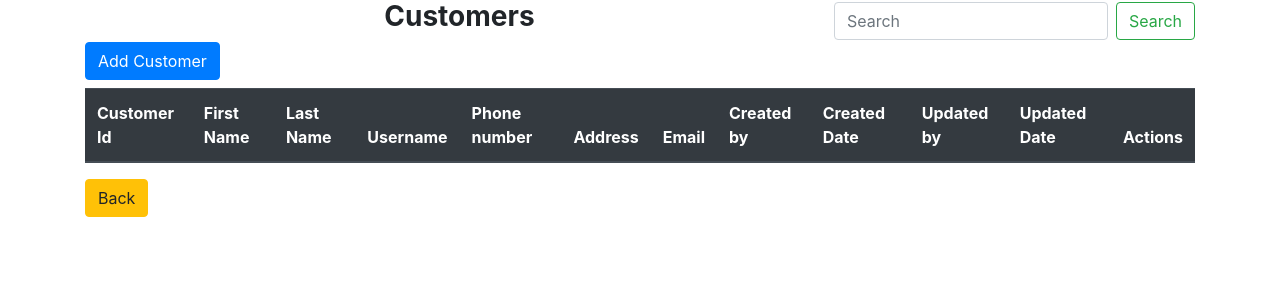
Repository: messimacky/Movie-Rental-System-Front-End
Page: /customers
These files come from the project's save history. The page is drawn as it stood at one moment and after the next save; the edit follows.
The browser window is 1280 px wide. The pictures show the whole page.
The page's requests for data from a server got no answer. The project was rebuilt for these pictures with package versions that can differ from the ones it lists, and the page was loaded fresh each time. No one was signed in, and anything a server would have sent is missing. Also part of the build but not shown: src/services/movie.service.js, src/components/AddMovie.js, src/components/MoviesList.js, src/components/NotFound.js, src/components/login/Login.js, src/components/AddCustomer.js, src/services/rental.service.js, src/components/RentalsList.js and 5 more.

Above is the page before, as saved 2022-05-04 23:41:53.

### src/index.js
import { Auth0Provider } from '@auth0/auth0-react';
import React from 'react';
import ReactDOM from 'react-dom';
import App from './App';
const domain = process.env.REACT_APP_AUTH0_DOMAIN;
const clientId = process.env.REACT_APP_AUTH0_CLIENT_ID;

ReactDOM.render(
  <Auth0Provider
    domain={domain}
    clientId={clientId}
    redirectUri={window.location.origin}
  >
    <App />
  </Auth0Provider>,
  document.getElementById('root')
);

### src/App.js
import { BrowserRouter as Router, Switch, Route } from 'react-router-dom';
import AddMovie from './components/AddMovie';
import MoviesList from "./components/MoviesList";
import NotFound from "./components/NotFound";
import Login from './components/login/Login';
import AddCustomer from './components/AddCustomer'
import CustomersList from './components/CustomerList';
import RentalsList from './components/RentalsList';
import AddRental from './components/AddRental';
import FirstPage from './components/FirstPage';
import Signup from './components/signup/Signup';
import Home from './components/Home';
// import LoginButton from './components/LoginButton';
function App() {
  return (
    <Router>
      <div>
        <Switch>

          <Route exact path="/" component={FirstPage} />

          <Route path="/home" component={Home} />


          <Route exact path="/movies" component={MoviesList} />
          <Route path="/add-movie" component={AddMovie} />
          <Route path="/movies/edit/:id" component={AddMovie} />




          <Route exact path="/customers" component={CustomersList} />
          <Route path="/add-customer" component={AddCustomer} />
          <Route path="/customers/edit/:id" component={AddCustomer} />



          <Route path="/login" component={Login} />
          <Route path="/signup" component={Signup} />



          <Route exact path="/rentals" component={RentalsList} />
          <Route path="/add-rental" component={AddRental} />
          <Route path="/rentals/edit/:id" component={AddRental} />
          <Route path="*" component={NotFound} />
        </Switch>
      </div>
    </Router>
  )
}

export default App;

### src/components/CustomerList.js
import { useEffect, useState } from "react";
import 'bootstrap/dist/css/bootstrap.min.css';
import customerService from "../services/customer.service";
import { Link } from "react-router-dom";

const CustomersList = () => {
    const [customers, setCustomers] = useState([]);


    useEffect(() => {
        init();

    }, [])

    const init = () => {
        customerService.getAll()
            .then(response => {
                console.log(response.data);
                setCustomers(response.data);

            })
            .catch(error => {
                console.log("Something went wrong", error);
            })
    }

    const handleDelete = id => {
        customerService.remove(id)
            .then(response => {
                console.log("Customer deleted succesfully", response.data);
                init();

            })
            .catch(error => {
                console.log("Something went wrong", error);
            })
    }


    return (
        <div className="container">
            <form className="form-inline my-4 my-lg-0">
                <h3 className="mx-auto"> <b>Customers</b>  </h3>
                <input className="form-control mr-sm-2 ml-20" type="search" placeholder="Search" aria-label="Search" />
                <button className="btn btn-outline-success my-2 my-sm-0" type="submit">Search</button>

            </form>


            <div>
                <Link to="/add-customer" className="btn btn-primary mb-2">Add Customer</Link>




                <table className="table table-border table-sriped">
                    <thead className="thead-dark">
                        <tr>
                            <th>Customer Id</th>
                            <th>First Name</th>
                            <th>Last Name</th>
                            <th>Username</th>
                            <th>Phone number</th>
                            <th>Address</th>
                            <th>Email</th>
                            <th>Created by</th>
                            <th>Created Date</th>
                            <th>Updated by</th>
                            <th>Updated Date</th>

                            <th>Actions</th>




                        </tr>
                    </thead>
                    <tbody>
                        {
                            customers.map(customer => (
                                <tr key={customer.id} >

                                    <td>{customer.firstName}</td>
                                    <td>{customer.lastName}</td>
                                    <td>{customer.username}</td>
                                    <td>{customer.phone}</td>
                                    <td>{customer.address}</td>
                                    <td>{customer.email}</td>
                                    <td>{customer.createdBy}</td>
                                    <td>{customer.creationDate}</td>
                                    <td>{customer.lastUpdatedBy}</td>
                                    <td>{customer.lastUpdatedDate}</td>





                                    <td>
                                        <Link className="btn btn-info" to={`/customers/edit/${customer.id}`}> Update</Link>
                                        <button className="btn btn-danger ml-2" onClick={(e) => {
                                            handleDelete(customer.id);
                                        }}>Delete</button>
                                    </td>

                                </tr>
                            ))
                        }
                    </tbody>
                </table>
            </div>
            <Link className="btn btn-warning" to="/home">Back</Link>
        </div>
    );
}

export default CustomersList;

### src/components/login/Login.css
body {
    margin: 0;
    padding: 0;
    /* font-family: sans-serif; */
    background-size: cover;
    background-repeat: no-repeat;
}



.form {
    position: absolute;
    top: 50%;
    left: 50%;
    border: none;
    transform: translate(-50%, -50%);
    width: 400px;
    min-height: 450px;
    background-color: #fff;
    box-shadow: 0 15px 50px rgba(0, 0, 0, 0.5);
    padding: 50px;
    box-sizing: border-box;

    /* background: url(data:[embedded picture, 5679 characters]); */
    /* background: url(https://picsum.photos/3000/2000/?image=1015); */



}

.form h2 {
    margin-left: 60px;
    margin-top: 40px;
    color: white;
    /* margin: 30 0 40px; */
    padding: 0;
    color: black;
}

.form .input-box {
    position: relative;
    margin: 5px 0;
}

.form .input-box input {
    width: 100%;
    font-size: px;
    border: none;
    border-bottom: 2px solid #777;
    outline: none;
    padding: 10px;
    padding-left: 30px;
    box-sizing: border-box;
    font-weight: bold;
    color: #777;
}

.form .input-box input:focus,
.form .input-box input:valid {
    border-bottom-color: #03a9f4;
}

.form .input-box .fa {
    position: absolute;
    top: 8px;
    left: 5px;
    font-size: 18px;
    color: #777;
}

.form .input-box input[type="submit"] {
    border: none;
    cursor: pointer;
    background-color: #03a9f4;
    color: #fff;
    font-weight: bold;
    transition: 0.5s;
}

.form .input-box input[type="submit"]:hover {
    background-color: #ff4987;

}

.form a {
    text-decoration: none;
    color: black;

    margin-top: 4px;
    margin-left: 170px;
    /* font-weight: bold; */
    display: inline-block;
    transition: 0.5s;
}


.submit {
    margin-top: 30px;
    margin-left: 30px;


}

.form a {
    margin-top: 20px;
    margin-left: 50px;
    color: black;
    color: blue;
}

.form button {
    margin-top: 10px;
    margin-left: 50px;
    color: black;
    outline: invert;

}

.form button :hover {

    color: blue;
}

### src/services/customer.service.js
import httpClient from '../http-common';

const getAll = () => {
    return httpClient.get('/customers');
}

const create = (data) => {
    return httpClient.post("/customers", data);
}

const get = id => {
    return httpClient.get(`/customers/${id}`);
}

const update = (data) => {
    return httpClient.put('/customers', data);
}

const remove = id => {
    return httpClient.delete(`/customers/${id}`);
}

export default { getAll, create, get, update, remove };

### src/components/AddCustomer.css
body {
    margin: 0;
    padding: 0;
    /* font-family: sans-serif; */
    background-size: cover;
    background-repeat: no-repeat;
}



.form {
    position: absolute;
    top: 50%;
    left: 50%;
    border: none;
    transform: translate(-50%, -50%);
    width: 400px;
    min-height: 450px;
    background-color: #fff;
    box-shadow: 0 15px 50px rgba(0, 0, 0, 0.5);
    padding: 50px;
    box-sizing: border-box;

    /* background: url(data:[embedded picture, 5679 characters]); */
    /* background: url(https://picsum.photos/3000/2000/?image=1015); */



}

.form h2 {
    margin-left: 60px;
    margin-top: 40px;
    color: white;
    /* margin: 30 0 40px; */
    padding: 0;
    color: black;
}

.form .input-box {
    position: relative;
    margin: 5px 0;
}

.form .input-box input {
    width: 100%;
    font-size: px;
    border: none;
    border-bottom: 2px solid #777;
    outline: none;
    padding: 10px;
    padding-left: 30px;
    box-sizing: border-box;
    font-weight: bold;
    color: #777;
}

.form .input-box input:focus,
.form .input-box input:valid {
    border-bottom-color: #03a9f4;
}

.form .input-box .fa {
    position: absolute;
    top: 8px;
    left: 5px;
    font-size: 18px;
    color: #777;
}

.form .input-box input[type="submit"] {
    border: none;
    cursor: pointer;
    background-color: #03a9f4;
    color: #fff;
    font-weight: bold;
    transition: 0.5s;
}

.form .input-box input[type="submit"]:hover {
    background-color: #ff4987;

}

.form a {
    text-decoration: none;
    color: black;

    margin-top: 4px;
    margin-left: 170px;
    /* font-weight: bold; */
    display: inline-block;
    transition: 0.5s;
}


.submit {
    margin-top: 30px;
    margin-left: 30px;


}

.form a {
    margin-top: 20px;
    margin-left: 50px;
    color: black;
    color: blue;
}

.form button {
    margin-top: 10px;
    margin-left: 50px;
    color: black;
    outline: invert;

}

.form button :hover {

    color: blue;
}

### src/components/signup/Signup.css
body {
    margin: 0;
    padding: 0;
    /* font-family: sans-serif; */
    background-size: cover;
    background-repeat: no-repeat;
}



.form {
    position: absolute;
    top: 50%;
    left: 50%;
    border: none;
    transform: translate(-50%, -50%);
    width: 400px;
    min-height: 450px;
    background-color: #fff;
    box-shadow: 0 15px 50px rgba(0, 0, 0, 0.5);
    padding: 50px;
    box-sizing: border-box;

    /* background: url(data:[embedded picture, 5679 characters]); */
    /* background: url(https://picsum.photos/3000/2000/?image=1015); */



}

.form h2 {
    margin-left: 60px;
    margin-top: 40px;
    color: white;
    /* margin: 30 0 40px; */
    padding: 0;
    color: black;
}

.form .input-box {
    position: relative;
    margin: 5px 0;
}

.form .input-box input {
    width: 100%;
    font-size: px;
    border: none;
    border-bottom: 2px solid #777;
    outline: none;
    padding: 10px;
    padding-left: 30px;
    box-sizing: border-box;
    font-weight: bold;
    color: #777;
}

.form .input-box input:focus,
.form .input-box input:valid {
    border-bottom-color: #03a9f4;
}

.form .input-box .fa {
    position: absolute;
    top: 8px;
    left: 5px;
    font-size: 18px;
    color: #777;
}

.form .input-box input[type="submit"] {
    border: none;
    cursor: pointer;
    background-color: #03a9f4;
    color: #fff;
    font-weight: bold;
    transition: 0.5s;
}

.form .input-box input[type="submit"]:hover {
    background-color: #ff4987;

}

.form a {
    text-decoration: none;
    color: black;

    margin-top: 4px;
    margin-left: 170px;
    /* font-weight: bold; */
    display: inline-block;
    transition: 0.5s;
}


.submit {
    margin-top: 30px;
    margin-left: 30px;


}

.form a {
    margin-top: 20px;
    margin-left: 50px;
    color: black;
    color: blue;
}

.form button {
    margin-top: 10px;
    margin-left: 50px;
    color: black;
    outline: invert;

}

.form button :hover {

    color: blue;
}

### src/http-common.js
import axios from "axios";


export default axios.create({
    baseURL: 'http://localhost:8080',
    headers: {
        'Content_Type': 'application/json'
    }

});

Loaded but not shown: public/index.html (common file)

After the next save:
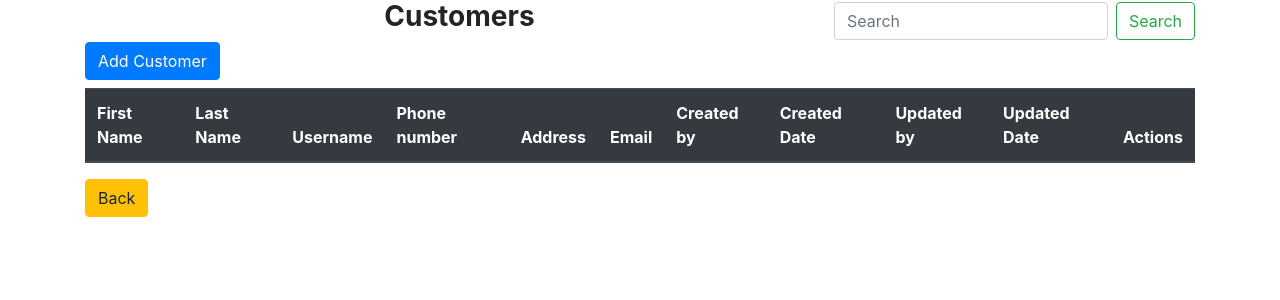
Saved 33 s later.
--- a/src/components/CustomerList.js
+++ b/src/components/CustomerList.js
@@ -56,7 +56,7 @@ const CustomersList = () => {
                 <table className="table table-border table-sriped">
                     <thead className="thead-dark">
                         <tr>
-                            <th>Customer Id</th>
+
                             <th>First Name</th>
                             <th>Last Name</th>
                             <th>Username</th>
